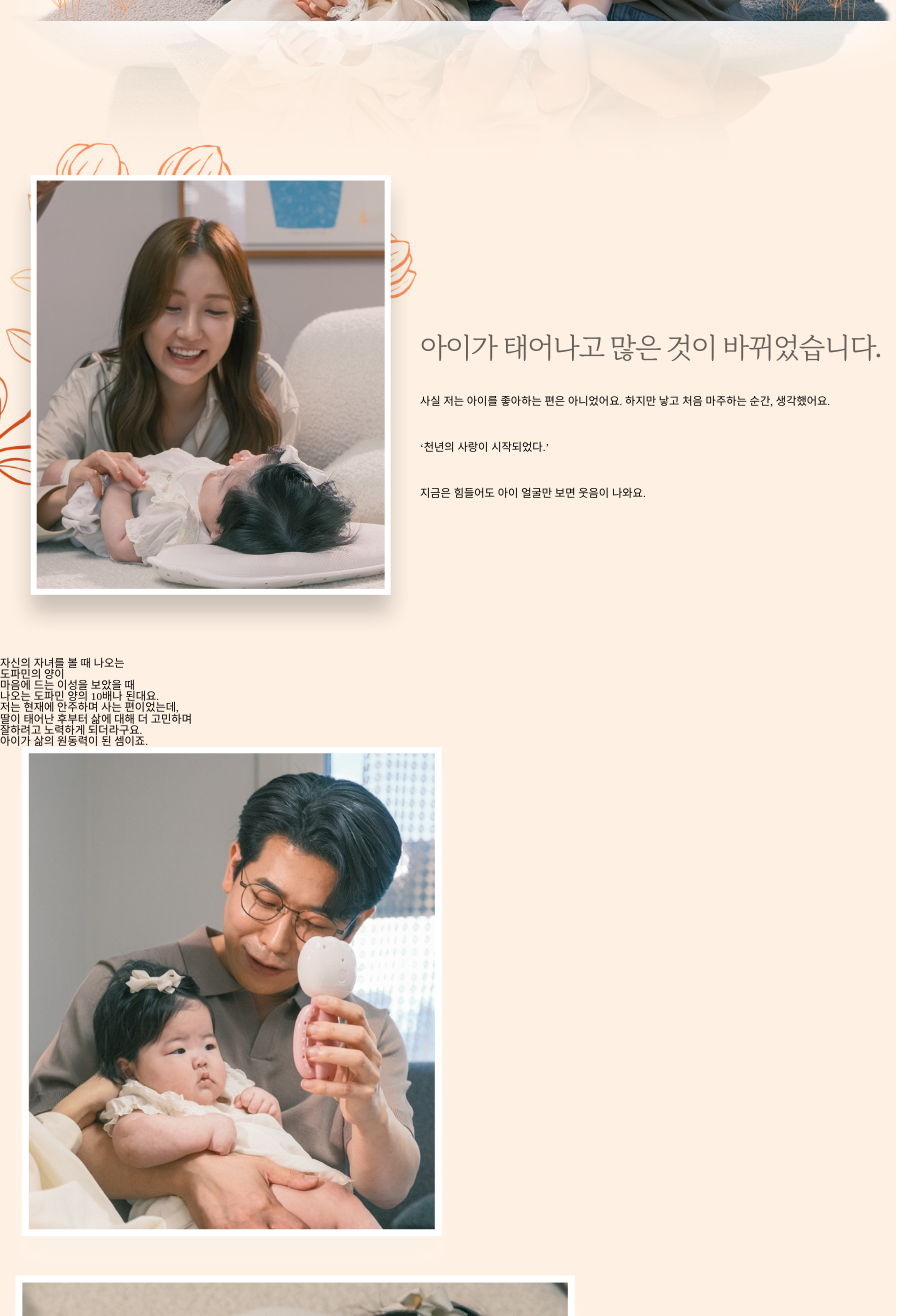
Repository: dlgywls1130/saveTheChildren
Page: index.html
These files come from the project's save history. The page is drawn as it stood at one moment and after the next save; the edit follows.
The browser window is 1280 px wide. The page is 1293 px wide, so the pictures cover 1293 px, including what lies to the right of the window. The pictures show the part of the page from y = 2913 to 4793 px (the page is 10571 px tall before and 10413 px after), at 70% of full size.
Some web fonts or font styles are not loaded; a fallback is used. The style sheet was rebuilt from its Sass, Less or Tailwind sources for each picture, by a compiler version that may differ from the author's.

Above is the page before, as saved 2024-11-01 22:28:05.

After the next save:
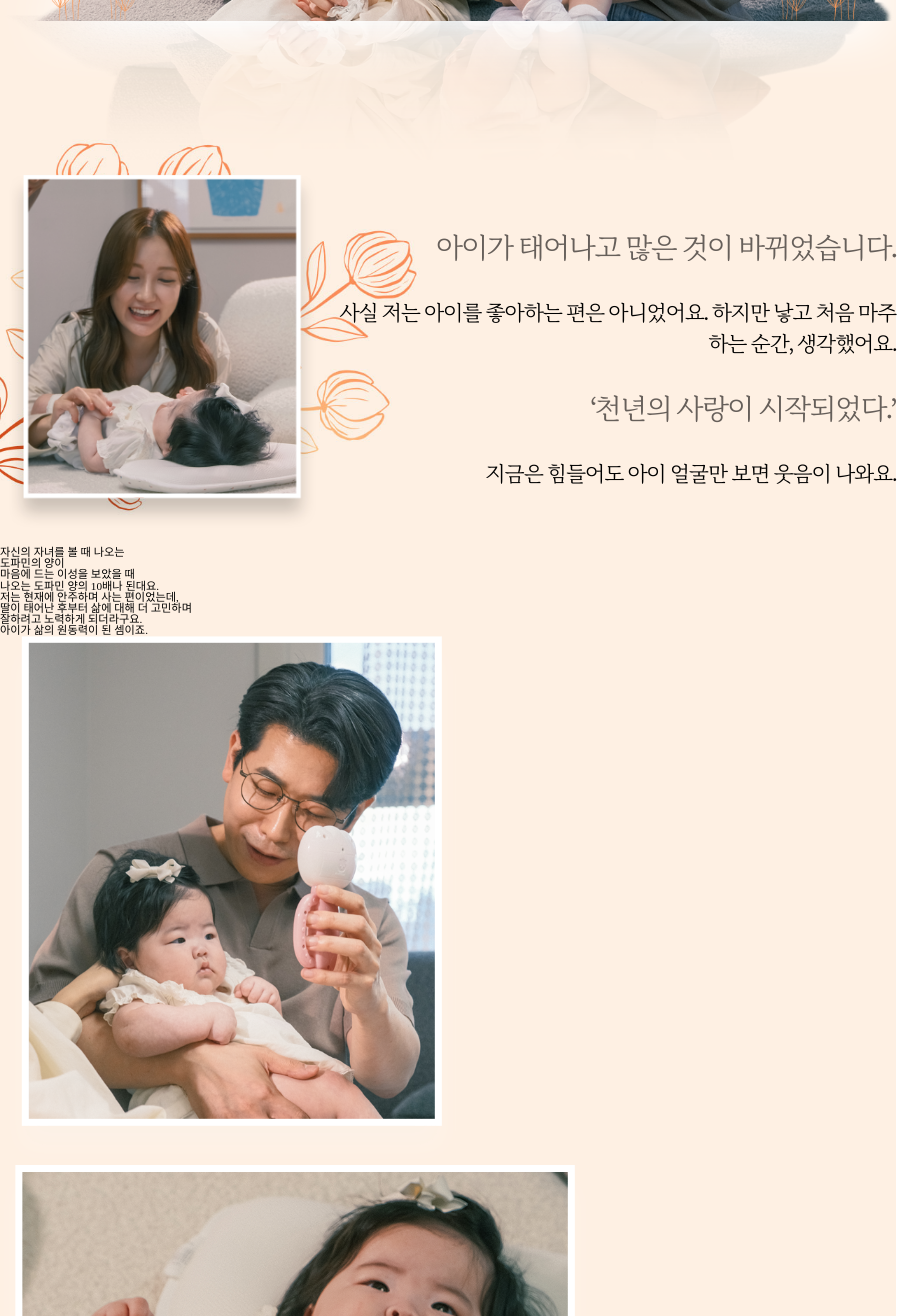
Saved 87 s later.
--- a/css/common.scss
+++ b/css/common.scss
@@ -479,6 +479,30 @@ $sides: (
                         @include font('maru', 40px, map-get($font-weights, 'regular'));
                     }
 
+                    .story_text_02{
+                        text-align: right;
+                        line-height: 45px;
+                        letter-spacing: -0.06em;
+                        color: #000;
+                        @include font('maru', 30px, map-get($font-weights, 'regular'));
+                    }
+
+                    .story_text_03{
+                        text-align: right;
+                        line-height: 40px;
+                        letter-spacing: -0.06em;
+                        color: map-get($colors, 'brown' );
+                        @include font('maru', 40px, map-get($font-weights, 'regular'));
+                    }
+
+                    .story_text_04{
+                        text-align: right;
+                        line-height: 45px;
+                        letter-spacing: -0.06em;
+                        color: #000;
+                        @include font('maru', 30px, map-get($font-weights, 'regular'));
+                    }
+
                 }
             }
         }
